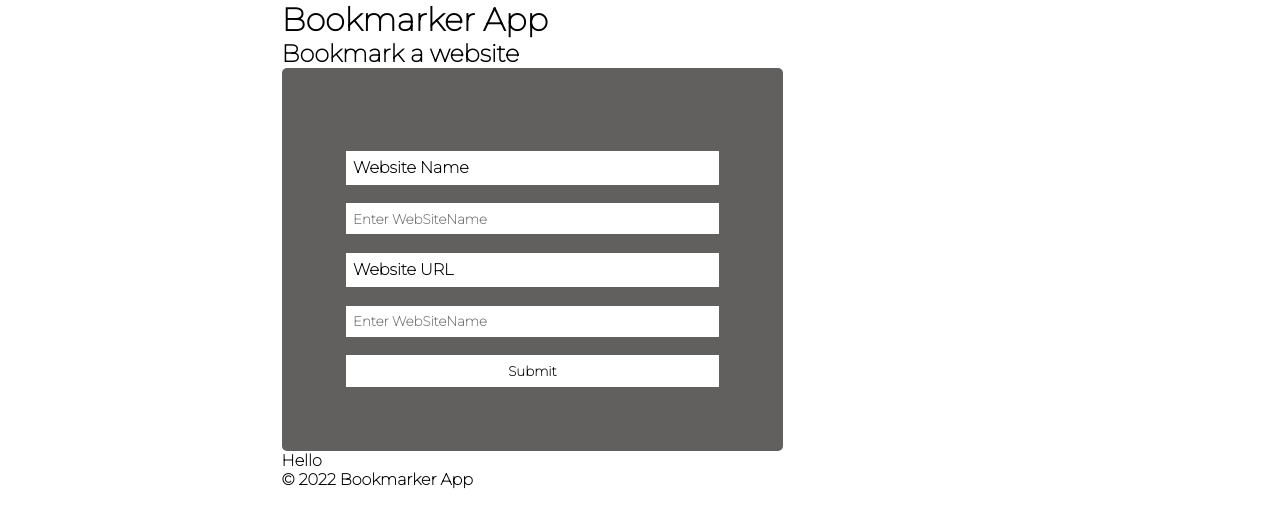
Repository: Suporl9/BookMarkerApp
Page: index.html
These files come from the project's save history. The page is drawn as it stood at one moment and after the next save; the edit follows.
The browser window is 1280 px wide. The pictures show the whole page.

Above is the page before, as saved 2021-11-21 20:42:56.

After the next save:
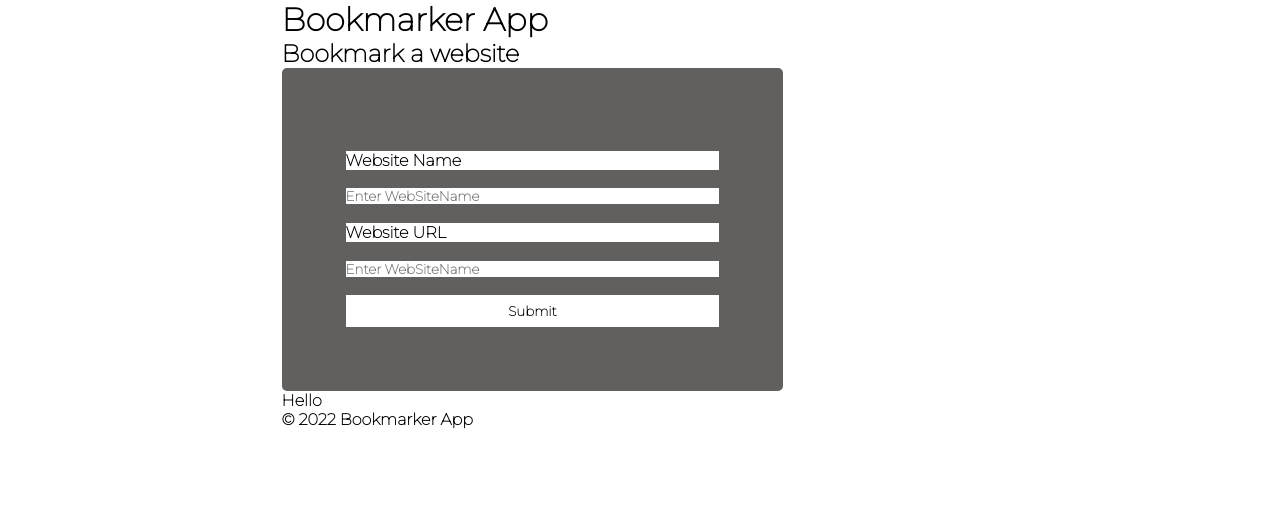
Saved 26 s later.
--- a/style.css
+++ b/style.css
@@ -39,7 +39,7 @@
 .inpClass,
 .labc {
   margin-top: 5%;
-  padding: 2%;
+  /* padding: 2%; */
 }
 /* .formSec,
 .sitesec {

After the save that followed:
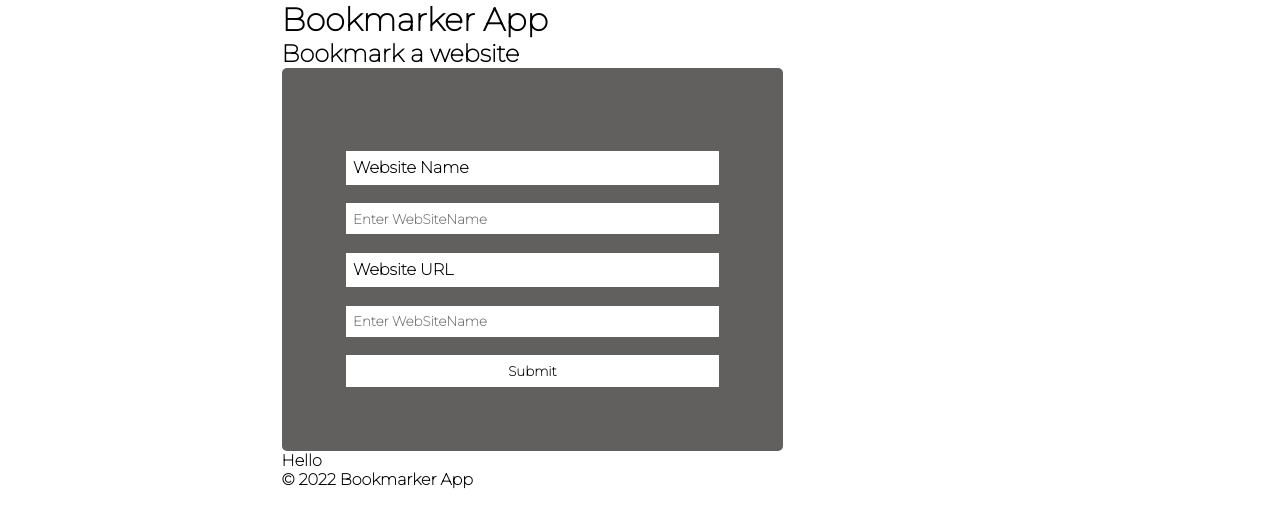
Saved 8 s later.
--- a/style.css
+++ b/style.css
@@ -39,7 +39,7 @@
 .inpClass,
 .labc {
   margin-top: 5%;
-  /* padding: 2%; */
+  padding: 2%;
 }
 /* .formSec,
 .sitesec {
